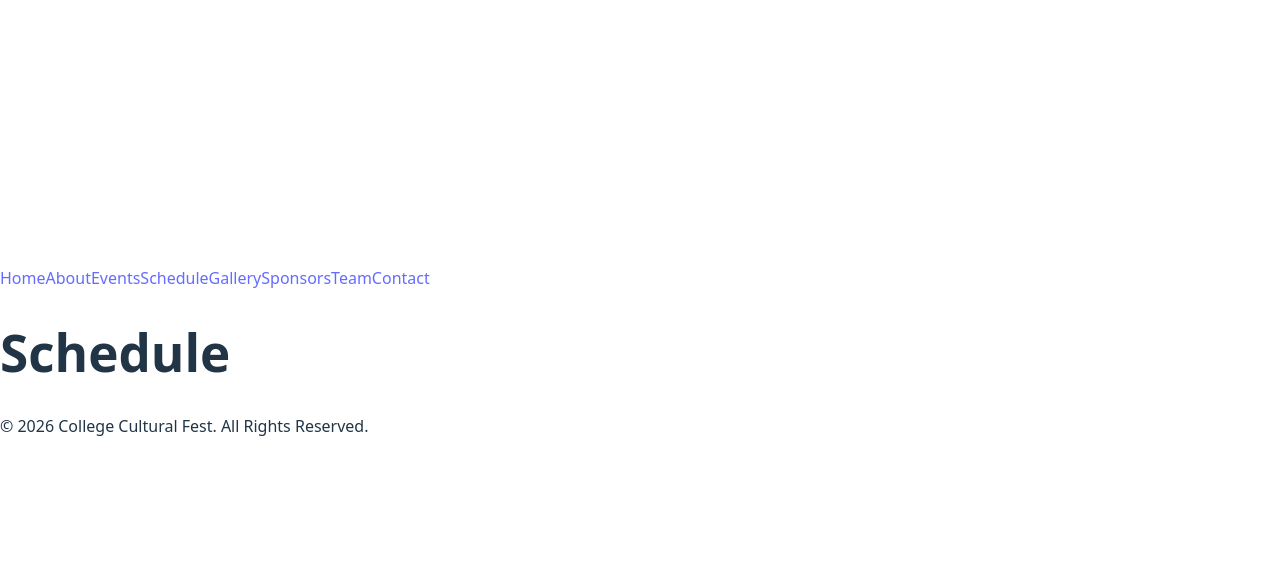
Repository: mridang-iiitu/Mridang-2k26
Page: /schedule
These files come from the project's save history. The page is drawn as it stood at one moment and after the next save; the edit follows.
The browser window is 1280 px wide. The pictures show the whole page.
The project was rebuilt for these pictures with package versions that can differ from the ones it lists, and the page was loaded fresh each time. Also part of the build but not shown: vite.config.js, src/pages/Home.jsx, src/pages/About.jsx, src/pages/Events.jsx, src/pages/Gallery.jsx, src/pages/Sponsors.jsx, src/pages/Team.jsx, src/pages/Contact.jsx.

Above is the page before, as saved 2026-08-03 13:34:23.

### src/App.jsx
import { BrowserRouter, Routes, Route } from "react-router-dom";

import Navbar from "./components/Navbar";
import Footer from "./components/Footer";

import Home from "./pages/Home";
import About from "./pages/About";
import Events from "./pages/Events";
import Schedule from "./pages/Schedule";
import Gallery from "./pages/Gallery";
import Sponsors from "./pages/Sponsors";
import Team from "./pages/Team";
import Contact from "./pages/Contact";

export default function App() {
  return (
    <BrowserRouter>
      <Navbar />

      <Routes>
        <Route path="/" element={<Home />} />
        <Route path="/about" element={<About />} />
        <Route path="/events" element={<Events />} />
        <Route path="/schedule" element={<Schedule />} />
        <Route path="/gallery" element={<Gallery />} />
        <Route path="/sponsors" element={<Sponsors />} />
        <Route path="/team" element={<Team />} />
        <Route path="/contact" element={<Contact />} />
      </Routes>

      <Footer />
    </BrowserRouter>
  );
}

### src/components/Navbar.jsx
import { Link } from "react-router-dom";

export default function Navbar() {
  return (
    <nav className="bg-gray-900 text-white px-8 py-4 flex gap-6">
      <Link to="/">Home</Link>
      <Link to="/about">About</Link>
      <Link to="/events">Events</Link>
      <Link to="/schedule">Schedule</Link>
      <Link to="/gallery">Gallery</Link>
      <Link to="/sponsors">Sponsors</Link>
      <Link to="/team">Team</Link>
      <Link to="/contact">Contact</Link>
    </nav>
  );
}

### src/components/Footer.jsx
export default function Footer() {
  return (
    <footer className="bg-gray-900 text-white text-center py-6">
      <p>© 2026 College Cultural Fest. All Rights Reserved.</p>
    </footer>
  );
}

### src/pages/Schedule.jsx
export default function Schedule() {
  return (
    <div className="min-h-screen p-10">
      <h1 className="text-4xl font-bold">Schedule</h1>
    </div>
  );
}

Loaded but not shown: index.html (common file); src/main.jsx (common file); src/index.css (common file)

After the next save:
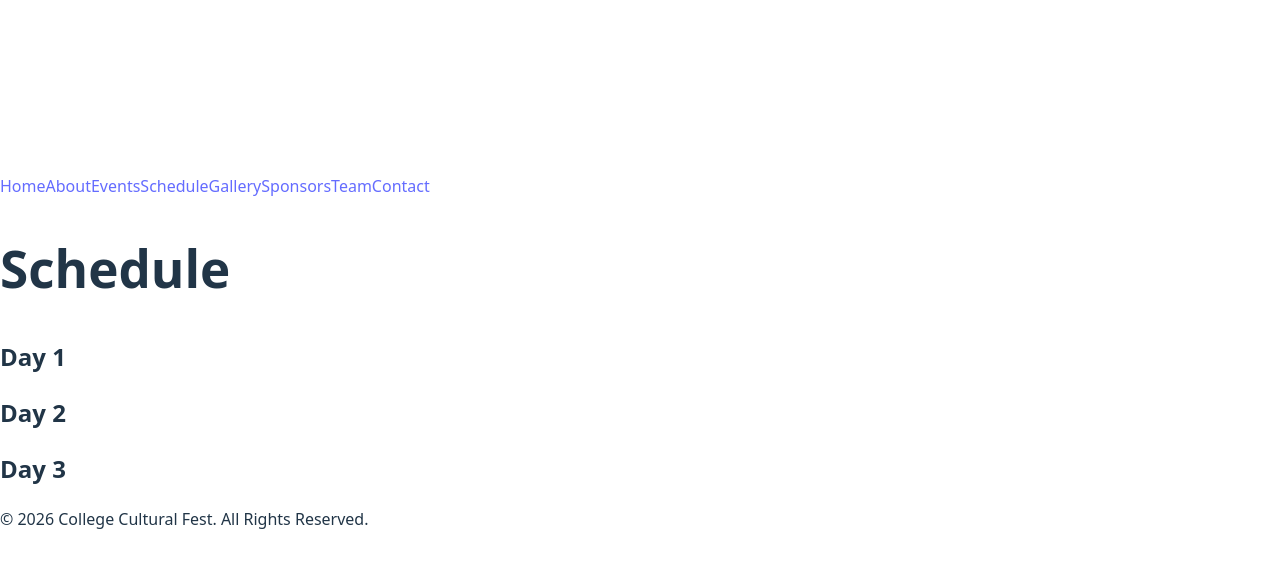
Saved 5 s later.
--- a/src/pages/Schedule.jsx
+++ b/src/pages/Schedule.jsx
@@ -1,7 +1,23 @@
 export default function Schedule() {
   return (
-    <div className="min-h-screen p-10">
-      <h1 className="text-4xl font-bold">Schedule</h1>
-    </div>
+    <main>
+
+      <section>
+        <h1>Schedule</h1>
+      </section>
+
+      <section>
+        <h2>Day 1</h2>
+      </section>
+
+      <section>
+        <h2>Day 2</h2>
+      </section>
+
+      <section>
+        <h2>Day 3</h2>
+      </section>
+
+    </main>
   );
 }
